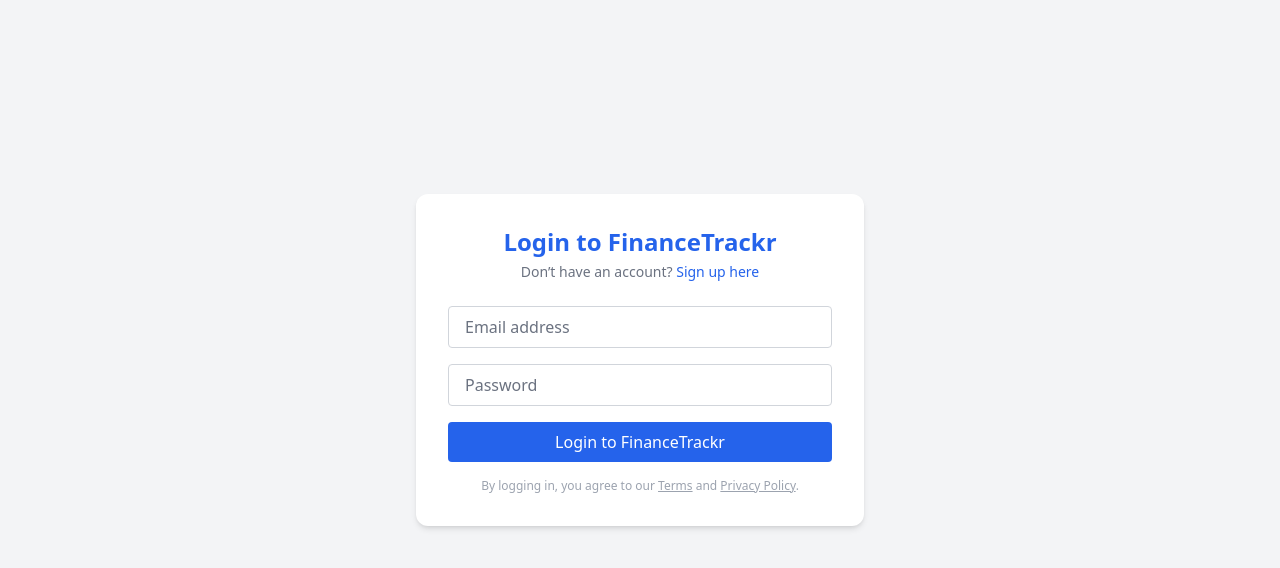
Repository: ruthvik-mt/Trackifi
Page: /login (app in frontend/)
These files come from the project's save history. The page is drawn as it stood at one moment and after the next save; the edit follows.
The browser window is 1280 px wide. The pictures show the whole page.
The project was rebuilt for these pictures with package versions that can differ from the ones it lists, and the page was loaded fresh each time. Also part of the build but not shown: frontend/vite.config.ts, frontend/src/pages/Auth/Register.tsx, frontend/src/components/Sidebar.tsx, frontend/src/components/Navbar.tsx, frontend/src/pages/Dashboard/Layout.tsx, frontend/src/pages/Dashboard/Dashboard.tsx, frontend/src/pages/Categories/CategoryForm.tsx, frontend/src/api/category.ts and 20 more.

Above is the page before, as saved 2025-07-14 14:58:45.

### frontend/index.html
<!DOCTYPE html>
<html lang="en">
  <head>
    <meta charset="UTF-8" />
    <title>Finance Tracker</title>
  </head>
  <body>
    <div id="root"></div>
    <script type="module" src="/src/main.tsx"></script>
  </body>
</html>

### frontend/src/main.tsx
// import React from "react";
// import ReactDOM from "react-dom/client";
// import App from "./App";
// import "./tailwind.css";

// import { BrowserRouter as Router } from "react-router-dom";
// import { AuthProvider } from "./context/AuthProvider";

// ReactDOM.createRoot(document.getElementById("root")!).render(
//   <React.StrictMode>
//     <Router>
//       <AuthProvider>
//         <App />
//       </AuthProvider>
//     </Router>
//   </React.StrictMode>
// );

import React from "react";
import ReactDOM from "react-dom/client";
import App from "./App";
import "./tailwind.css";
import { AuthProvider } from "./context/AuthProvider";
import { BrowserRouter as Router } from "react-router-dom"; // ✅ Add this

ReactDOM.createRoot(document.getElementById("root")!).render(
  <React.StrictMode>
    <Router> {/* ✅ Wrap everything with Router */}
      <AuthProvider>
        <App />
      </AuthProvider>
    </Router>
  </React.StrictMode>
);

### frontend/src/App.tsx
import { Routes, Route, Navigate } from "react-router-dom";
import Login from "./pages/Auth/Login";
import Register from "./pages/Auth/Register";
import Dashboard from "./pages/Dashboard/Dashboard";
import CategoryList from "./pages/Categories/CategoryList";
import TransactionList from "./pages/Transactions/TransactionList";
import BudgetList from "./pages/Budgets/BudgetList";
import MonthlyTotal from "./pages/Insights/MonthlyTotal";
import CategoryBreakdown from "./pages/Insights/CategoryBreakdown";
import BudgetComparison from "./pages/Insights/BudgetComparison";
import ProtectedRoute from "./components/ProtectedRoute";
import LandingPage from "./pages/LandingPage"; // ✅ Add this import

export default function App() {
  return (
    <Routes>
      {/* Landing Page */}
      <Route path="/" element={<LandingPage />} /> {/* ✅ New route */}

      {/* Auth Routes */}
      <Route path="/login" element={<Login />} />
      <Route path="/register" element={<Register />} />

      {/* Protected Routes */}
      <Route
        path="/dashboard"
        element={
          <ProtectedRoute>
            <Dashboard />
          </ProtectedRoute>
        }
      />
      <Route
        path="/categories"
        element={
          <ProtectedRoute>
            <CategoryList />
          </ProtectedRoute>
        }
      />
      <Route
        path="/transactions"
        element={
          <ProtectedRoute>
            <TransactionList />
          </ProtectedRoute>
        }
      />
      <Route
        path="/budgets"
        element={
          <ProtectedRoute>
            <BudgetList />
          </ProtectedRoute>
        }
      />
      <Route
        path="/insights/monthly-total"
        element={
          <ProtectedRoute>
            <MonthlyTotal />
          </ProtectedRoute>
        }
      />
      <Route
        path="/insights/category-breakdown"
        element={
          <ProtectedRoute>
            <CategoryBreakdown />
          </ProtectedRoute>
        }
      />
      <Route
        path="/insights/budget-comparison"
        element={
          <ProtectedRoute>
            <BudgetComparison />
          </ProtectedRoute>
        }
      />

      {/* Fallback Route */}
      <Route path="*" element={<Navigate to="/" />} /> {/* ✅ Updated from "/login" to "/" */}
    </Routes>
  );
}

### frontend/src/tailwind.css
@tailwind base;
@tailwind components;
@tailwind utilities;

@layer base {
  :root {
    --background: 0 0% 100%;
    --foreground: 0 0% 3.9%;
    --card: 0 0% 100%;
    --card-foreground: 0 0% 3.9%;
    --popover: 0 0% 100%;
    --popover-foreground: 0 0% 3.9%;
    --primary: 0 0% 9%;
    --primary-foreground: 0 0% 98%;
    --secondary: 0 0% 96.1%;
    --secondary-foreground: 0 0% 9%;
    --muted: 0 0% 96.1%;
    --muted-foreground: 0 0% 45.1%;
    --accent: 0 0% 96.1%;
    --accent-foreground: 0 0% 9%;
    --destructive: 0 84.2% 60.2%;
    --destructive-foreground: 0 0% 98%;
    --border: 0 0% 89.8%;
    --input: 0 0% 89.8%;
    --ring: 0 0% 3.9%;
    --chart-1: 12 76% 61%;
    --chart-2: 173 58% 39%;
    --chart-3: 197 37% 24%;
    --chart-4: 43 74% 66%;
    --chart-5: 27 87% 67%;
    --radius: 0.5rem;
  }

  .dark {
    --background: 0 0% 3.9%;
    --foreground: 0 0% 98%;
    --card: 0 0% 3.9%;
    --card-foreground: 0 0% 98%;
    --popover: 0 0% 3.9%;
    --popover-foreground: 0 0% 98%;
    --primary: 0 0% 98%;
    --primary-foreground: 0 0% 9%;
    --secondary: 0 0% 14.9%;
    --secondary-foreground: 0 0% 98%;
    --muted: 0 0% 14.9%;
    --muted-foreground: 0 0% 63.9%;
    --accent: 0 0% 14.9%;
    --accent-foreground: 0 0% 98%;
    --destructive: 0 62.8% 30.6%;
    --destructive-foreground: 0 0% 98%;
    --border: 0 0% 14.9%;
    --input: 0 0% 14.9%;
    --ring: 0 0% 83.1%;
    --chart-1: 220 70% 50%;
    --chart-2: 160 60% 45%;
    --chart-3: 30 80% 55%;
    --chart-4: 280 65% 60%;
    --chart-5: 340 75% 55%;
  }
}

@layer base {
  * {
    @apply border-border;
  }

  html, body {
    @apply bg-background text-foreground antialiased;
    min-height: 100%;
  }
}

### frontend/src/context/AuthProvider.tsx
// import { ReactNode, useCallback, useEffect, useState } from "react";
// import { AuthContext } from "./AuthContext";
// import { User } from "@/types/Auth";
// import { getCurrentUser } from "@/api/user";
// import { useNavigate } from "react-router-dom";

// interface Props {
//   children: ReactNode;
// }

// export const AuthProvider = ({ children }: Props) => {
//   const [token, setToken] = useState<string | null>(() =>
//     localStorage.getItem("token")
//   );
//   const [user, setUser] = useState<User | null>(null);
//   const navigate = useNavigate();

//   const logout = useCallback(() => {
//     localStorage.removeItem("token");
//     setToken(null);
//     setUser(null);
//     navigate("/login");
//   }, [navigate]);

//   const fetchUser = useCallback(async () => {
//     try {
//       const userData = await getCurrentUser();
//       setUser(userData);
//     } catch (err) {
//       console.error("Failed to fetch user:", err);
//       logout();
//     }
//   }, [logout]);

//   const login = useCallback(
//     (newToken: string) => {
//       localStorage.setItem("token", newToken);
//       setToken(newToken);
//       fetchUser();
//     },
//     [fetchUser]
//   );

//   useEffect(() => {
//     if (token) {
//       fetchUser();
//     }
//   }, [token, fetchUser]);

//   return (
//     <AuthContext.Provider value={{ token, user, login, logout }}>
//       {children}
//     </AuthContext.Provider>
//   );
// };

import { useState, useEffect } from "react";
import { AuthContext } from "./AuthContext";
import axios from "../axios";

export const AuthProvider = ({ children }: { children: React.ReactNode }) => {
  const [token, setToken] = useState<string | null>(() => localStorage.getItem("token"));

  // Set Authorization header on load (if token exists)
  useEffect(() => {
    if (token) {
      axios.defaults.headers.common["Authorization"] = `Bearer ${token}`;
    }
  }, [token]);

  const login = async (email: string, password: string) => {
    const res = await axios.post("/api/auth/login", { email, password });
    const jwt = res.data.token;

    setToken(jwt);
    localStorage.setItem("token", jwt);
    axios.defaults.headers.common["Authorization"] = `Bearer ${jwt}`; // ✅ set globally
  };

  const logout = () => {
    setToken(null);
    localStorage.removeItem("token");
    delete axios.defaults.headers.common["Authorization"]; // ✅ remove on logout
  };

  return (
    <AuthContext.Provider value={{ token, login, logout }}>
      {children}
    </AuthContext.Provider>
  );
};

### frontend/src/pages/Auth/Login.tsx
// src/pages/Auth/Login.tsx
import { useState } from "react";
import { useNavigate, Link } from "react-router-dom";
import { useAuth } from "../../hooks/useAuth";
import axios from "axios";

export default function Login() {
  const [email, setEmail] = useState("");
  const [password, setPassword] = useState("");
  const [error, setError] = useState("");
  const auth = useAuth();
  const navigate = useNavigate();

  const handleSubmit = async (e: React.FormEvent) => {
    e.preventDefault();
    setError("");
    try {
      await auth.login(email, password);
      navigate("/dashboard");
    } catch (err: unknown) {
      if (axios.isAxiosError(err)) {
        setError(err.response?.data?.message || "Invalid credentials");
      } else {
        setError("Something went wrong. Please try again.");
      }
    }
  };

  return (
    <div className="min-h-screen flex items-center justify-center bg-gray-100 px-4">
      <div className="w-full max-w-md bg-white rounded-xl shadow-md p-8">
        <div className="mb-6 text-center">
          <h1 className="text-2xl font-bold text-blue-600 mb-1">Login to FinanceTrackr</h1>
          <p className="text-sm text-gray-500">
            Don’t have an account?{" "}
            <Link to="/register" className="text-blue-600 hover:underline">Sign up here</Link>
          </p>
        </div>

        <form onSubmit={handleSubmit} className="space-y-4">
          <input
            className="w-full border border-gray-300 rounded px-4 py-2"
            placeholder="Email address"
            type="email"
            value={email}
            onChange={(e) => setEmail(e.target.value)}
            required
          />
          <input
            className="w-full border border-gray-300 rounded px-4 py-2"
            placeholder="Password"
            type="password"
            value={password}
            onChange={(e) => setPassword(e.target.value)}
            required
          />
          {error && <p className="text-red-500 text-sm">{error}</p>}

          <button
            type="submit"
            className="w-full bg-blue-600 text-white rounded py-2 hover:bg-blue-700 transition"
          >
            Login to FinanceTrackr
          </button>

          <p className="text-xs text-center text-gray-400">
            By logging in, you agree to our{" "}
            <span className="underline cursor-pointer">Terms</span> and{" "}
            <span className="underline cursor-pointer">Privacy Policy</span>.
          </p>
        </form>
      </div>
    </div>
  );
}

### frontend/src/context/AuthContext.tsx
// import { createContext } from "react";
// import { User } from "@/types/Auth";

// export interface AuthContextType {
//   token: string | null;
//   user: User | null;
//   login: (token: string) => void;
//   logout: () => void;
// }

// export const AuthContext = createContext<AuthContextType>({
//   token: null,
//   user: null,
//   login: () => {},
//   logout: () => {},
// });

// src/context/AuthContext.ts
import { createContext } from "react";

export interface AuthContextType {
  token: string | null;
  login: (email: string, password: string) => Promise<void>;
  logout: () => void;
}

export const AuthContext = createContext<AuthContextType>(
  {} as AuthContextType // ✅ Safe for use without null-checks
);

### frontend/src/axios.ts
// // src/axios.ts
// import axios from "axios";

// const axiosInstance = axios.create({
//   baseURL: "http://localhost:8080/api",
// });

// axiosInstance.interceptors.request.use((config) => {
//   const token = localStorage.getItem("token");
//   if (token && config.headers) {
//     config.headers.Authorization = `Bearer ${token}`;
//   }
//   return config;
// });

// export default axiosInstance;

// src/axios.ts
// src/axios.ts
import axios from "axios";

const instance = axios.create({
  baseURL: "", // <-- frontend sends /api/... and Vite handles the proxy
  headers: {
    "Content-Type": "application/json",
  },
});

instance.interceptors.request.use((config) => {
  const token = localStorage.getItem("token");
  if (token) {
    config.headers = config.headers || {};
    config.headers["Authorization"] = `Bearer ${token}`;
  }
  return config;
});

export default instance;

### frontend/src/hooks/useAuth.ts
// import { useContext } from "react";
// import { AuthContext } from "@/context/AuthContext";

// export const useAuth = () => useContext(AuthContext);

import { useContext } from "react";
import { AuthContext } from "../context/AuthContext";

export const useAuth = () => {
  const ctx = useContext(AuthContext);
  if (!ctx) throw new Error("useAuth must be used inside <AuthProvider>");
  return ctx;
};

### frontend/tailwind.config.js
/** @type {import('tailwindcss').Config} */
module.exports = {
  darkMode: ["class"],

  content: [
    "./index.html",
    "./src/**/*.{js,ts,jsx,tsx}",
  ],

  theme: {
    container: {
      center: true,
      padding: "1rem",
      screens: {
        sm: "100%",
        md: "768px",
        lg: "1024px",
        xl: "1280px",
      },
    },

    extend: {
      borderRadius: {
        lg: 'var(--radius)',
        md: 'calc(var(--radius) - 2px)',
        sm: 'calc(var(--radius) - 4px)',
      },
      colors: {
        background: 'hsl(var(--background) / <alpha-value>)',
        foreground: 'hsl(var(--foreground) / <alpha-value>)',
        card: {
          DEFAULT: 'hsl(var(--card) / <alpha-value>)',
          foreground: 'hsl(var(--card-foreground) / <alpha-value>)'
        },
        popover: {
          DEFAULT: 'hsl(var(--popover) / <alpha-value>)',
          foreground: 'hsl(var(--popover-foreground) / <alpha-value>)'
        },
        primary: {
          DEFAULT: 'hsl(var(--primary) / <alpha-value>)',
          foreground: 'hsl(var(--primary-foreground) / <alpha-value>)'
        },
        secondary: {
          DEFAULT: 'hsl(var(--secondary) / <alpha-value>)',
          foreground: 'hsl(var(--secondary-foreground) / <alpha-value>)'
        },
        muted: {
          DEFAULT: 'hsl(var(--muted) / <alpha-value>)',
          foreground: 'hsl(var(--muted-foreground) / <alpha-value>)'
        },
        accent: {
          DEFAULT: 'hsl(var(--accent) / <alpha-value>)',
          foreground: 'hsl(var(--accent-foreground) / <alpha-value>)'
        },
        destructive: {
          DEFAULT: 'hsl(var(--destructive) / <alpha-value>)',
          foreground: 'hsl(var(--destructive-foreground) / <alpha-value>)'
        },
        border: 'hsl(var(--border) / <alpha-value>)',
        input: 'hsl(var(--input) / <alpha-value>)',
        ring: 'hsl(var(--ring) / <alpha-value>)',
        chart: {
          '1': 'hsl(var(--chart-1) / <alpha-value>)',
          '2': 'hsl(var(--chart-2) / <alpha-value>)',
          '3': 'hsl(var(--chart-3) / <alpha-value>)',
          '4': 'hsl(var(--chart-4) / <alpha-value>)',
          '5': 'hsl(var(--chart-5) / <alpha-value>)'
        }
      },
      screens: {
        xs: "480px",
        sm: "640px",
        md: "768px",
        lg: "1024px",
        xl: "1280px",
        "2xl": "1536px"
      }
    }
  },

  plugins: [
    require("tailwindcss-animate"),
    require("@tailwindcss/forms"),
    require("@tailwindcss/typography"),
  ],
};

After the next save:
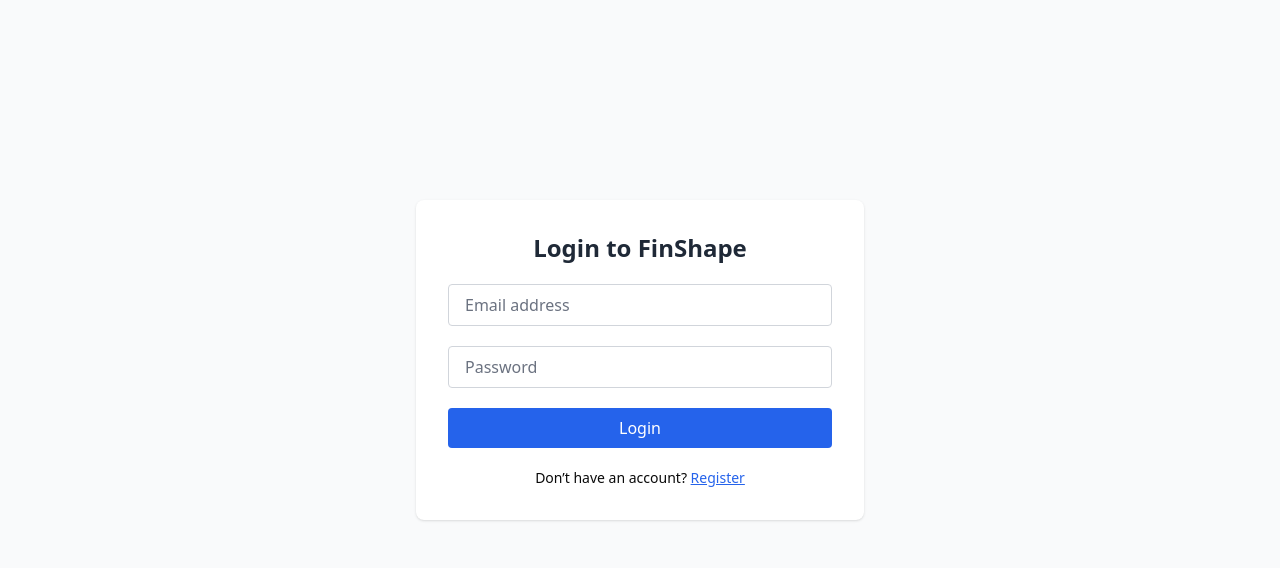
Saved 13 s later.
--- a/frontend/src/pages/Auth/Login.tsx
+++ b/frontend/src/pages/Auth/Login.tsx
@@ -1,6 +1,5 @@
-// src/pages/Auth/Login.tsx
 import { useState } from "react";
-import { useNavigate, Link } from "react-router-dom";
+import { Link, useNavigate } from "react-router-dom";
 import { useAuth } from "../../hooks/useAuth";
 import axios from "axios";
 
@@ -8,68 +7,65 @@
   const [email, setEmail] = useState("");
   const [password, setPassword] = useState("");
   const [error, setError] = useState("");
+  const navigate = useNavigate();
   const auth = useAuth();
-  const navigate = useNavigate();
 
   const handleSubmit = async (e: React.FormEvent) => {
     e.preventDefault();
     setError("");
+
     try {
       await auth.login(email, password);
       navigate("/dashboard");
-    } catch (err: unknown) {
+    } catch (err) {
       if (axios.isAxiosError(err)) {
-        setError(err.response?.data?.message || "Invalid credentials");
+        setError(err.response?.data?.message || "Invalid credentials.");
       } else {
-        setError("Something went wrong. Please try again.");
+        setError("Login failed. Try again.");
       }
     }
   };
 
   return (
-    <div className="min-h-screen flex items-center justify-center bg-gray-100 px-4">
-      <div className="w-full max-w-md bg-white rounded-xl shadow-md p-8">
-        <div className="mb-6 text-center">
-          <h1 className="text-2xl font-bold text-blue-600 mb-1">Login to FinanceTrackr</h1>
-          <p className="text-sm text-gray-500">
-            Don’t have an account?{" "}
-            <Link to="/register" className="text-blue-600 hover:underline">Sign up here</Link>
-          </p>
+    <div className="min-h-screen flex justify-center items-center bg-gray-50">
+      <form
+        onSubmit={handleSubmit}
+        className="w-full max-w-md bg-white p-8 rounded-lg shadow space-y-5"
+      >
+        <h2 className="text-2xl font-bold text-center text-gray-800">Login to FinShape</h2>
+
+        <input
+          type="email"
+          placeholder="Email address"
+          value={email}
+          onChange={(e) => setEmail(e.target.value)}
+          required
+          className="w-full border border-gray-300 rounded px-4 py-2 focus:outline-blue-500"
+        />
+
+        <input
+          type="password"
+          placeholder="Password"
+          value={password}
+          onChange={(e) => setPassword(e.target.value)}
+          required
+          className="w-full border border-gray-300 rounded px-4 py-2 focus:outline-blue-500"
+        />
+
+        {error && <p className="text-red-500 text-sm">{error}</p>}
+
+        <button
+          type="submit"
+          className="w-full bg-blue-600 text-white py-2 rounded hover:bg-blue-700"
+        >
+          Login
+        </button>
+
+        <div className="text-center text-sm">
+          Don’t have an account?{" "}
+          <Link to="/register" className="text-blue-600 underline">Register</Link>
         </div>
-
-        <form onSubmit={handleSubmit} className="space-y-4">
-          <input
-            className="w-full border border-gray-300 rounded px-4 py-2"
-            placeholder="Email address"
-            type="email"
-            value={email}
-            onChange={(e) => setEmail(e.target.value)}
-            required
-          />
-          <input
-            className="w-full border border-gray-300 rounded px-4 py-2"
-            placeholder="Password"
-            type="password"
-            value={password}
-            onChange={(e) => setPassword(e.target.value)}
-            required
-          />
-          {error && <p className="text-red-500 text-sm">{error}</p>}
-
-          <button
-            type="submit"
-            className="w-full bg-blue-600 text-white rounded py-2 hover:bg-blue-700 transition"
-          >
-            Login to FinanceTrackr
-          </button>
-
-          <p className="text-xs text-center text-gray-400">
-            By logging in, you agree to our{" "}
-            <span className="underline cursor-pointer">Terms</span> and{" "}
-            <span className="underline cursor-pointer">Privacy Policy</span>.
-          </p>
-        </form>
-      </div>
+      </form>
     </div>
   );
 }
